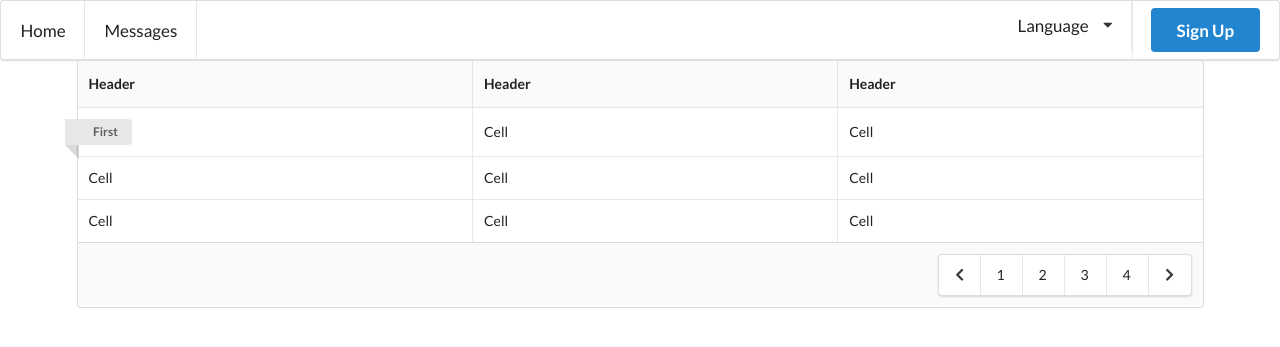
Repository: rizacantire/libraryReact
Page: /
These files come from the project's save history. The page is drawn as it stood at one moment and after the next save; the edit follows.
The browser window is 1280 px wide. The pictures show the whole page.
The project was rebuilt for these pictures with package versions that can differ from the ones it lists, and the page was loaded fresh each time.

Above is the page before, as saved 2021-08-09 01:18:15.

### src/App.js
import './App.css';
import 'semantic-ui-css/semantic.min.css'
import Dashboard from './layouts/Dashboard';
function App() {
  return (
    <div className="App">
      <Dashboard/>


    </div>
  );
}

export default App;

### src/layouts/Dashboard.jsx
import React from 'react'
import Navi from './Navi'
import Book from './Book'

export default function Dashboard() {
    return (
    <div>
      <Navi/>
      <Book/>
    </div>
    )
}

### src/layouts/Navi.jsx
import React from "react";
import { Button, Menu } from 'semantic-ui-react'
import Categories from './Categories'

export default function Navi() {
  return (
    <div>
      <Menu size="huge">
        <Menu.Item
          name="home"
        />
        <Menu.Item
          name="messages"
        />

        <Menu.Menu position="right">
          <Categories/>

          <Menu.Item>
            <Button primary>Sign Up</Button>
          </Menu.Item>
        </Menu.Menu>
      </Menu>
    </div>
  );
}

### src/layouts/Book.jsx
import React from "react";
import { Container } from "semantic-ui-react";
import BookList from "../pages/BookList";

export default function Book() {
  return (
    <Container>
      <div>
        <BookList />
      </div>
    </Container>
  );
}

### src/layouts/Categories.jsx
import React from 'react'
import { Dropdown } from 'semantic-ui-react'
export default function Categories() {
    return (
        <div>
            <Dropdown item text="Language">
            <Dropdown.Menu>
              <Dropdown.Item>English</Dropdown.Item>
              <Dropdown.Item>Russian</Dropdown.Item>
              <Dropdown.Item>Spanish</Dropdown.Item>
            </Dropdown.Menu>
          </Dropdown>
        </div>
    )
}

### src/pages/BookList.jsx
import React,{useState} from "react";
import { Icon, Label, Menu, Table } from "semantic-ui-react";
export default function BookList() {
    const [books, setBooks] = useState([])

  return (
    <div>
      <Table celled>
        <Table.Header>
          <Table.Row>
            <Table.HeaderCell>Header</Table.HeaderCell>
            <Table.HeaderCell>Header</Table.HeaderCell>
            <Table.HeaderCell>Header</Table.HeaderCell>
          </Table.Row>
        </Table.Header>

        <Table.Body>
          <Table.Row>
            <Table.Cell>
              <Label ribbon>First</Label>
            </Table.Cell>
            <Table.Cell>Cell</Table.Cell>
            <Table.Cell>Cell</Table.Cell>
          </Table.Row>
          <Table.Row>
            <Table.Cell>Cell</Table.Cell>
            <Table.Cell>Cell</Table.Cell>
            <Table.Cell>Cell</Table.Cell>
          </Table.Row>
          <Table.Row>
            <Table.Cell>Cell</Table.Cell>
            <Table.Cell>Cell</Table.Cell>
            <Table.Cell>Cell</Table.Cell>
          </Table.Row>
        </Table.Body>

        <Table.Footer>
          <Table.Row>
            <Table.HeaderCell colSpan="3">
              <Menu floated="right" pagination>
                <Menu.Item as="a" icon>
                  <Icon name="chevron left" />
                </Menu.Item>
                <Menu.Item as="a">1</Menu.Item>
                <Menu.Item as="a">2</Menu.Item>
                <Menu.Item as="a">3</Menu.Item>
                <Menu.Item as="a">4</Menu.Item>
                <Menu.Item as="a" icon>
                  <Icon name="chevron right" />
                </Menu.Item>
              </Menu>
            </Table.HeaderCell>
          </Table.Row>
        </Table.Footer>
      </Table>
    </div>
  );
}

Loaded but not shown: public/index.html (common file); src/index.js (common file); src/index.css (common file); src/reportWebVitals.js (common file); src/App.css (common file)

After the next save:
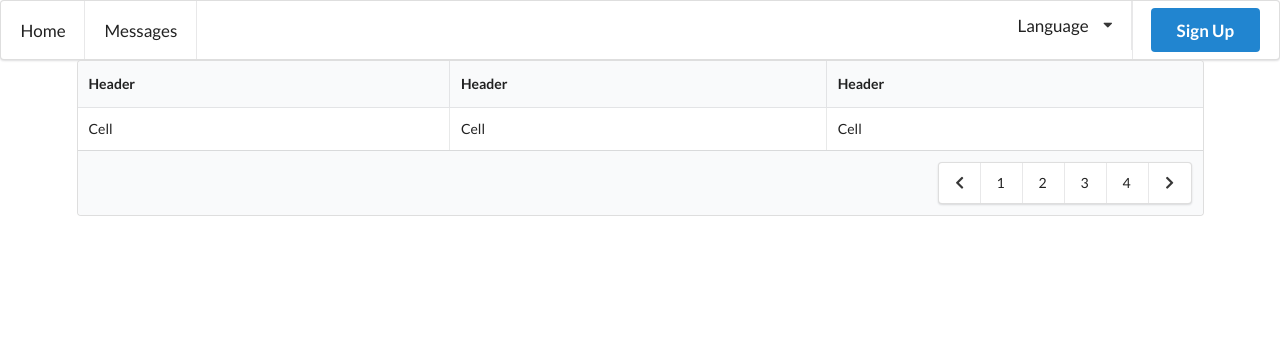
Saved 24 s later.
--- a/src/pages/BookList.jsx
+++ b/src/pages/BookList.jsx
@@ -15,18 +15,7 @@ export default function BookList() {
         </Table.Header>
 
         <Table.Body>
-          <Table.Row>
-            <Table.Cell>
-              <Label ribbon>First</Label>
-            </Table.Cell>
-            <Table.Cell>Cell</Table.Cell>
-            <Table.Cell>Cell</Table.Cell>
-          </Table.Row>
-          <Table.Row>
-            <Table.Cell>Cell</Table.Cell>
-            <Table.Cell>Cell</Table.Cell>
-            <Table.Cell>Cell</Table.Cell>
-          </Table.Row>
+
           <Table.Row>
             <Table.Cell>Cell</Table.Cell>
             <Table.Cell>Cell</Table.Cell>
